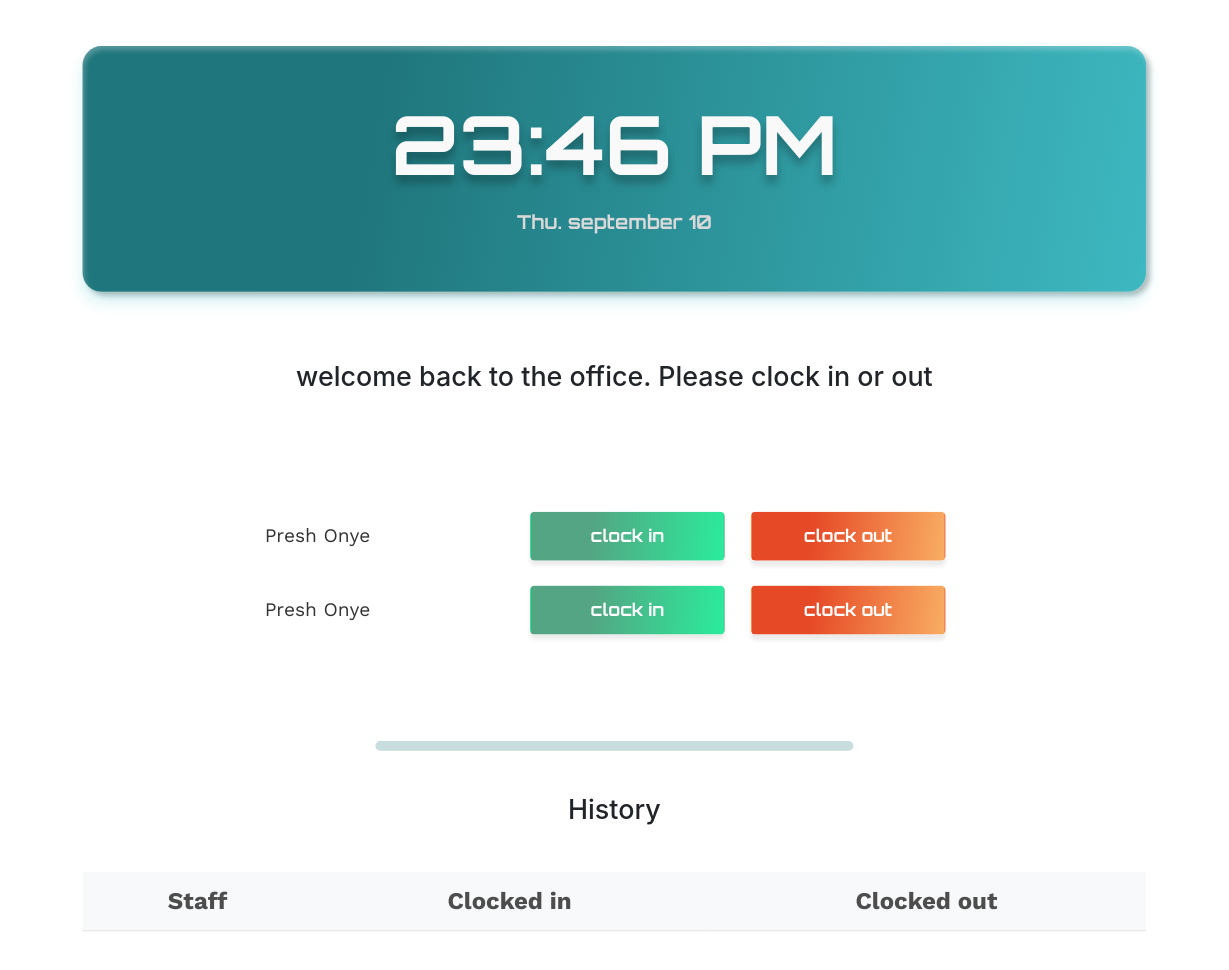
Repository: giprim/clocker
Page: /
An editor plug-in stored every save of this project. The page is shown before and after the next save, followed by the edit.
The browser window is 1280 px wide. The pictures show the whole page, at 96% of full size.
The project was rebuilt for these pictures with package versions that can differ from the ones it lists, and the page was loaded fresh each time.

Above is the page before, as saved 2020-09-11 13:11:57.

After the next save:
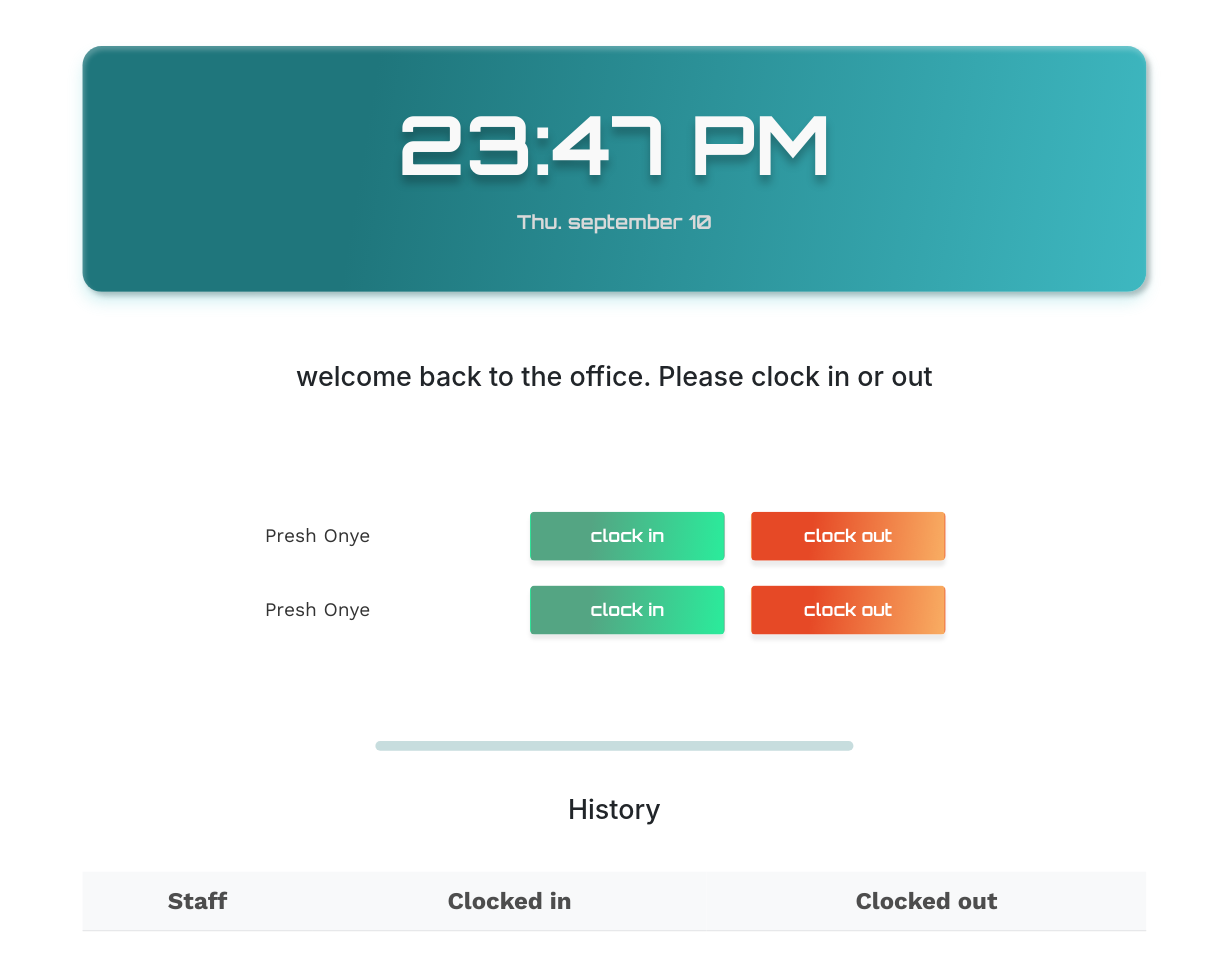
Saved 5 min 52 s later.
--- a/src/App.tsx
+++ b/src/App.tsx
@@ -1,7 +1,10 @@
-import React from 'react';
+import React, { useState } from 'react';
 import './App.css';
 
 function App() {
+  const [getDate, setDate] = useState<string>();
+  const [getTime, setTime] = useState<string>();
+
   const currentTime = () => {
     let date = new Date();
     let hour = date.getHours() < 10 ? '0' + date.getHours() : date.getHours();
@@ -9,6 +12,7 @@ function App() {
       date.getMinutes() < 10 ? '0' + date.getMinutes() : date.getMinutes();
     return `${hour}:${minute} ${hour > 12 ? 'PM' : 'AM'}`;
   };
+
   const currentDate = () => {
     const monthNames = [
       'January',
@@ -27,9 +31,14 @@ function App() {
 
     let date = new Date();
     let month = date.getMonth();
-    console.log(monthNames[month]);
+    return `${monthNames[month]}`;
   };
   currentDate();
+
+  setInterval(() => {
+    setDate(currentDate());
+    setTime(currentTime());
+  }, 500);
 
   return (
     <div className='container py-4'>
@@ -37,9 +46,7 @@ function App() {
       <div className='clock-box effect p-2 py-md-5 mt-4'>
         <div className='row'>
           <div className='col-12'>
-            <h4 className='display-3 text-center'>
-              {currentTime().toString()}
-            </h4>
+            <h4 className='display-3 text-center'>{getTime}</h4>
           </div>
           <div className='col-12 text-center mt-2 mb-1'>
             <h6>Thu. september 10</h6>
